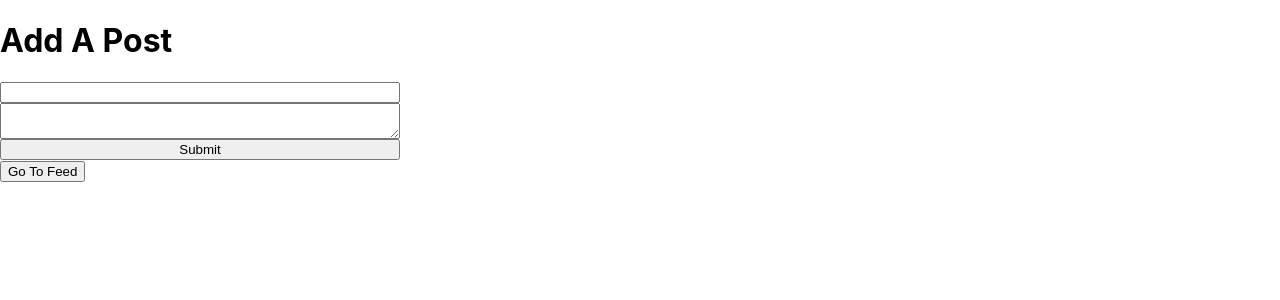
Repository: shaelorch/comp-week4
Page: /addPosts
An editor plug-in stored every save of this project. The page is shown before and after a run of saves, followed by the edit.
The browser window is 1280 px wide. The pictures show the whole page.
The project was rebuilt for these pictures with package versions that can differ from the ones it lists, and the page was loaded fresh each time. The framework's server and built-in components were replaced by stand-ins that run in the browser. Also part of the build but not shown: next.config.js.

Above is the page before, as saved 2023-01-31 23:02:10.

### pages/addPosts.js
import { useState } from 'react'
import axios from 'axios'
import { useEffect } from 'react'

export default function Home({posts}) {
    const [title, setTitle] = useState('')
    const [content, setContent] = useState('')

  const handleSubmit = async (e) => {
  e.preventDefault()
  const res = await axios.post('/api/posts', { title, content })
    console.log(res.data)
  }

  return <div>
  <h1>Add A Post</h1>

        <form onSubmit={handleSubmit} style={{display: "flex", flexDirection: "column", maxWidth: "400px"}}>
          <input type="text" value={title} onChange={(e) => setTitle(e.target.value)} />
          <textarea value={content} onChange={(e) => setContent(e.target.value)} />


            <button type="submit">Submit</button>
        </form>
        <a href='/'>
            <button>Go To Feed</button>
        </a>


    </div>
  }

Loaded but not shown: pages/_app.js (common file); styles/globals.css (common file)

After the next 2 saves:
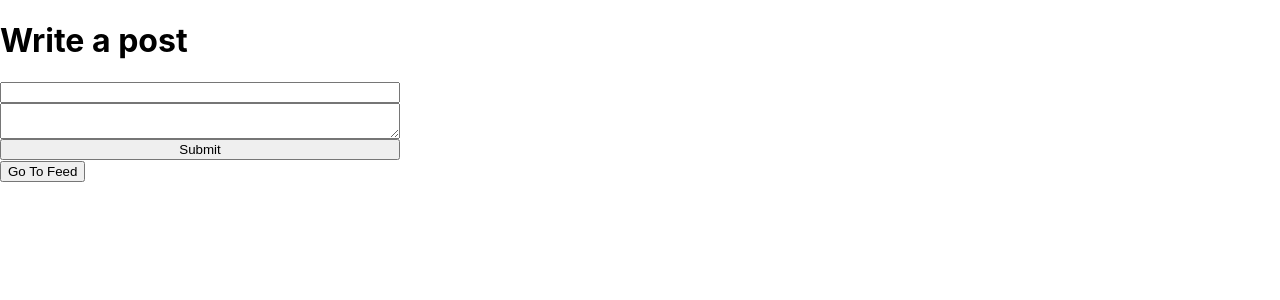
The 2 saves are shown as one change because they came seconds apart.
The last was saved 10 s later.
--- a/pages/addPosts.js
+++ b/pages/addPosts.js
@@ -13,7 +13,7 @@ export default function Home({posts}) {
   }
 
   return <div>
-  <h1>Add A Post</h1>
+  <h1>Write a post</h1>
 
         <form onSubmit={handleSubmit} style={{display: "flex", flexDirection: "column", maxWidth: "400px"}}>
           <input type="text" value={title} onChange={(e) => setTitle(e.target.value)} />
